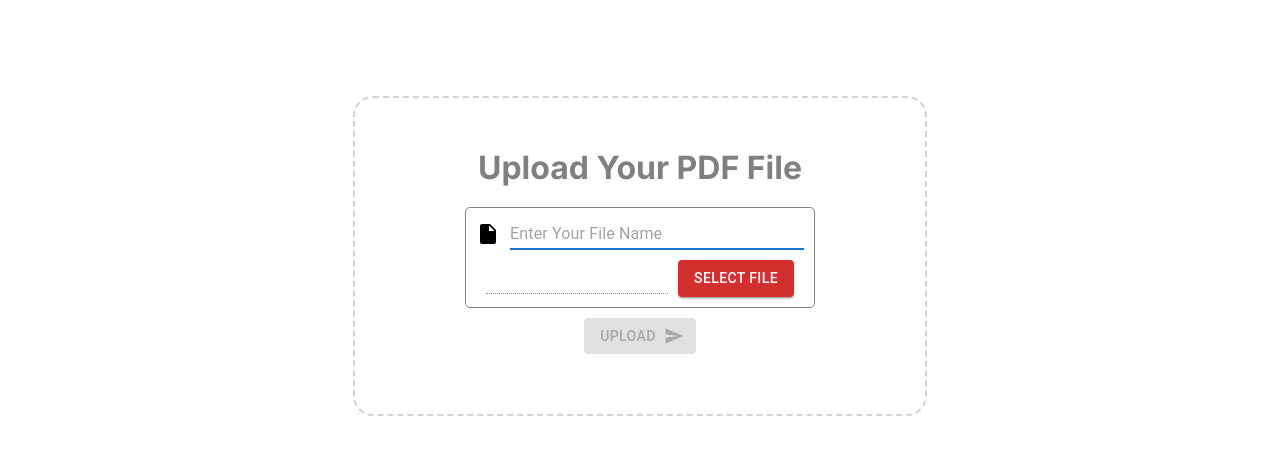
Repository: BhushanPatil-121/pdf-upload-nextjs
Page: /
The author's editor kept a copy of each file at every save. The page is drawn from the files as they stood at one save, then again after a run of saves.
The browser window is 1280 px wide. The pictures show the whole page.
The project was rebuilt for these pictures with package versions that can differ from the ones it lists, and the page was loaded fresh each time. The framework's server and built-in components were replaced by stand-ins that run in the browser. Also part of the build but not shown: next.config.mjs.

Above is the page before, as saved 2024-02-29 11:04:40.

After the next 2 saves:
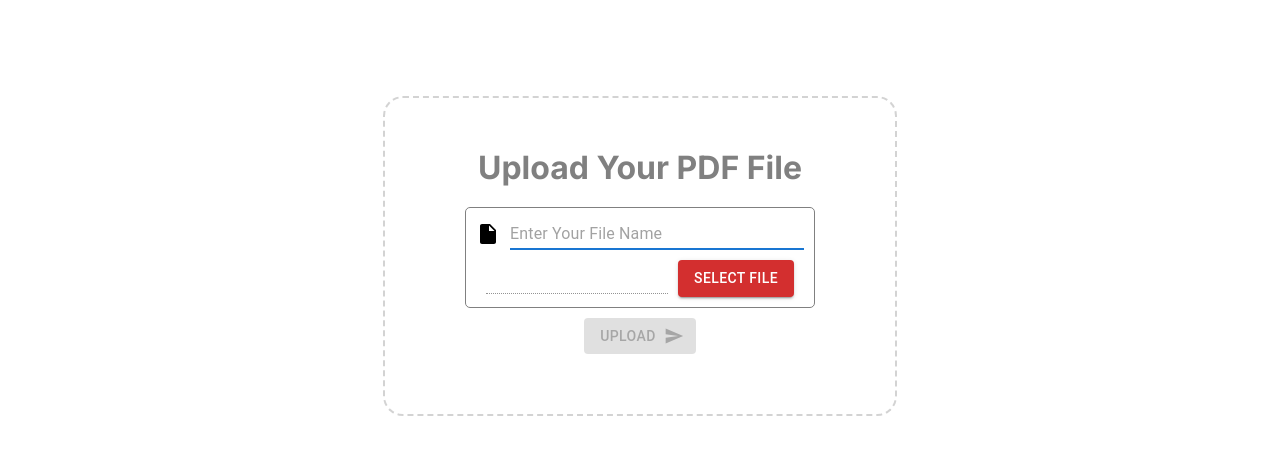
The 2 saves are shown as one change because they came seconds apart.
The last was saved 61 s later.
--- a/src/app/page.module.css
+++ b/src/app/page.module.css
@@ -13,7 +13,7 @@
   flex-direction: column;
   justify-content: center;
   align-items: center;
-  padding: 50px 100px;
+  padding: 50px 70px;
   border-radius: 20px;
   border: dashed 2px lightgrey;
 }

After the 2 saves that followed:
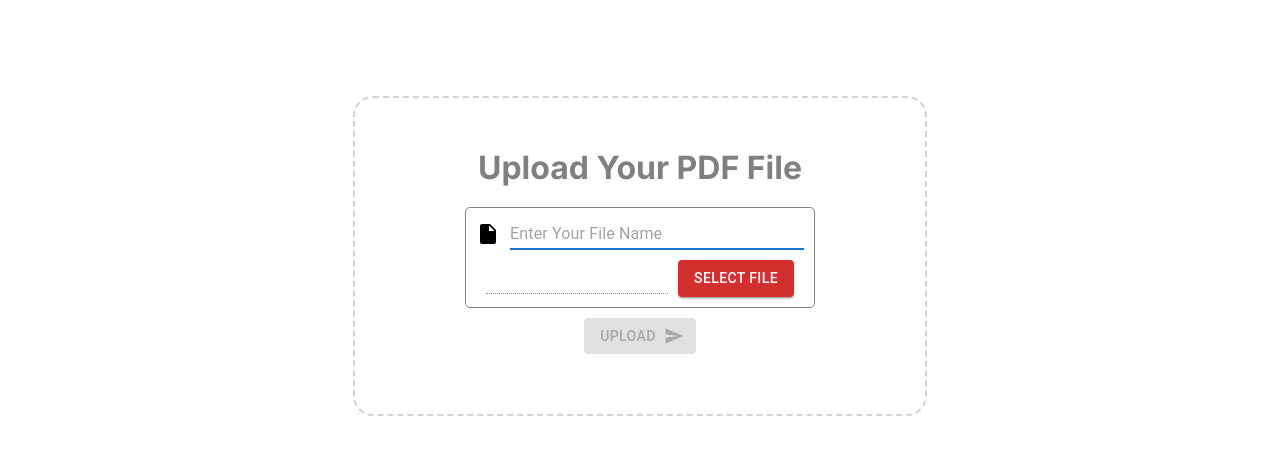
The 2 saves are shown as one change because they came seconds apart.
The last was saved 6 s later.
--- a/src/app/page.module.css
+++ b/src/app/page.module.css
@@ -13,7 +13,7 @@
   flex-direction: column;
   justify-content: center;
   align-items: center;
-  padding: 50px 70px;
+  padding: 50px 100px;
   border-radius: 20px;
   border: dashed 2px lightgrey;
 }
